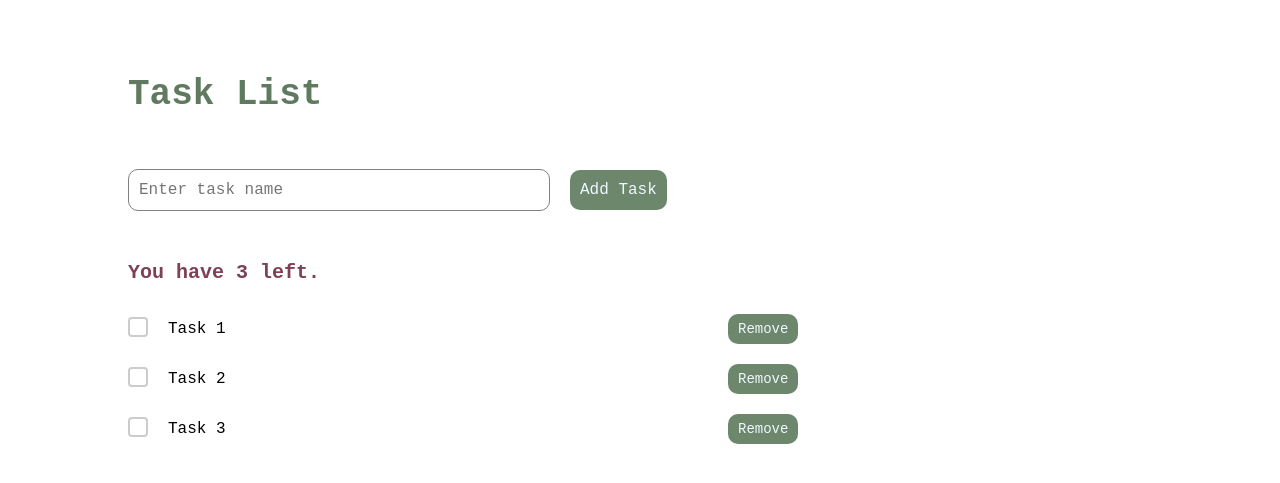
Repository: SandyLy453/task-list
Page: /
An editor plug-in stored every save of this project. The page is shown before and after the next save, followed by the edit.
The browser window is 1280 px wide. The pictures show the whole page.
The project was rebuilt for these pictures with package versions that can differ from the ones it lists, and the page was loaded fresh each time. Also part of the build but not shown: vite.config.js.

Above is the page before, as saved 2024-10-11 15:44:09.

After the next save:
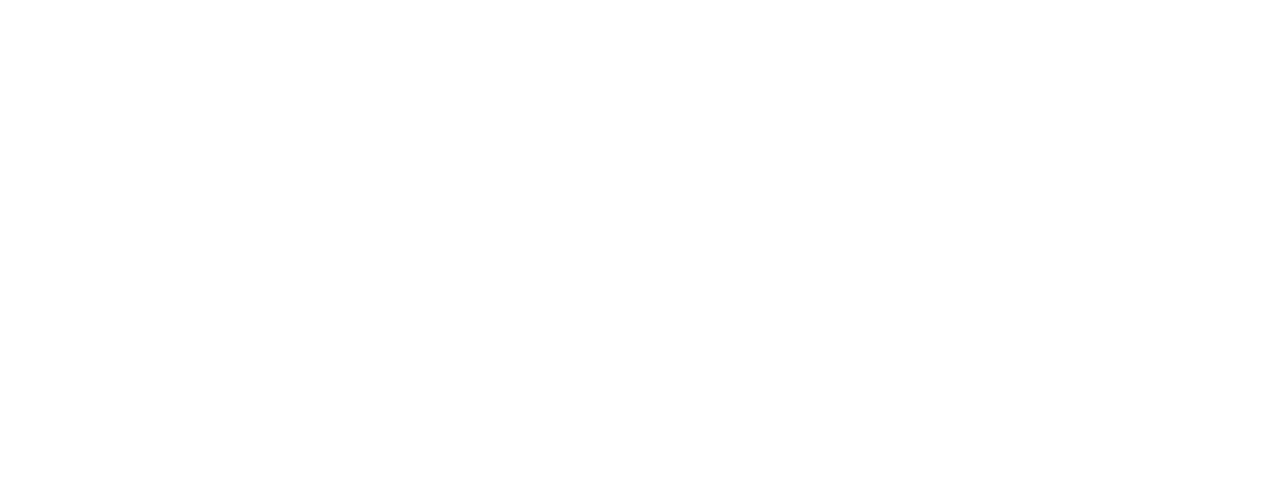
Console error: ReferenceError: checkboxRef is not defined
Saved 23 min 57 s later.
--- a/src/components/Task.jsx
+++ b/src/components/Task.jsx
@@ -1,8 +1,6 @@
-import { useRef, useEffect } from "react";
+import { useEffect } from "react";
 
 export default function Task({ name, checked, removeTask, toggleTaskStatus }) {
-  const checkboxRef = useRef(null);
-  const taskNameRef = useRef(null);
 
   useEffect(() => {
     const checkbox = checkboxRef.current;
@@ -32,9 +30,9 @@
     <>
       <div className="task">
         <label>
-          <input type="checkbox" ref={checkboxRef} className="checkBox"/>
+          <input type="checkbox" className="checkBox"/>
         </label>
-        <p ref={taskNameRef} className="content">{name}</p>
+        <p className="content">{name}</p>
         <button className="task-delete" onClick={() => removeTask(name)}>
           Remove
         </button>

After the save that followed:
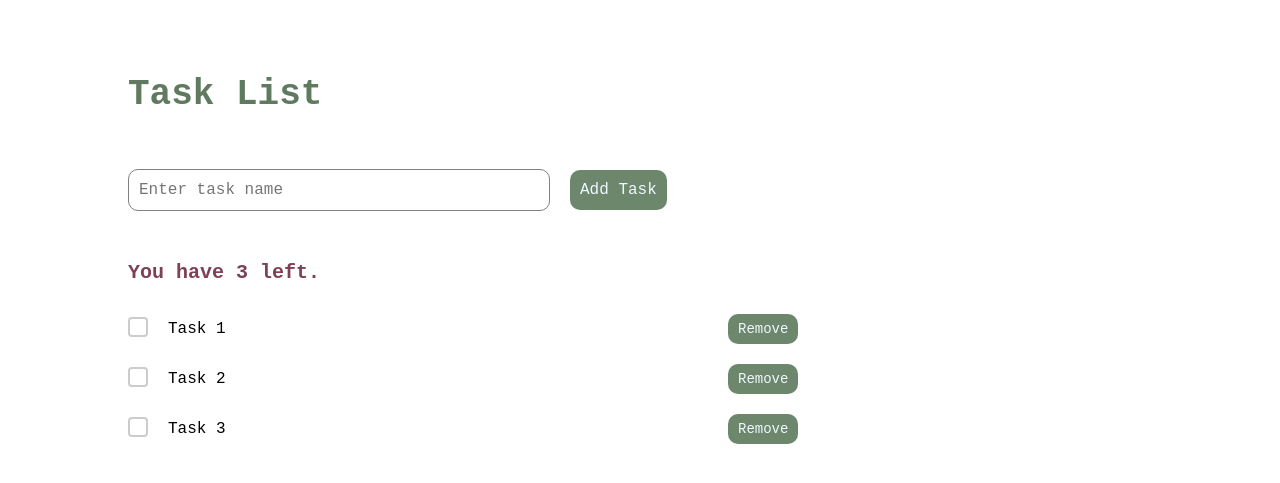
The error is gone.
Saved 17 s later.
--- a/src/components/Task.jsx
+++ b/src/components/Task.jsx
@@ -1,6 +1,8 @@
-import { useEffect } from "react";
+import { useRef, useEffect } from "react";
 
 export default function Task({ name, checked, removeTask, toggleTaskStatus }) {
+  const checkboxRef = useRef(null);
+  const taskNameRef = useRef(null);
 
   useEffect(() => {
     const checkbox = checkboxRef.current;
@@ -30,9 +32,9 @@
     <>
       <div className="task">
         <label>
-          <input type="checkbox" className="checkBox"/>
+          <input type="checkbox" ref={checkboxRef} className="checkBox"/>
         </label>
-        <p className="content">{name}</p>
+        <p ref={taskNameRef} className="content">{name}</p>
         <button className="task-delete" onClick={() => removeTask(name)}>
           Remove
         </button>
